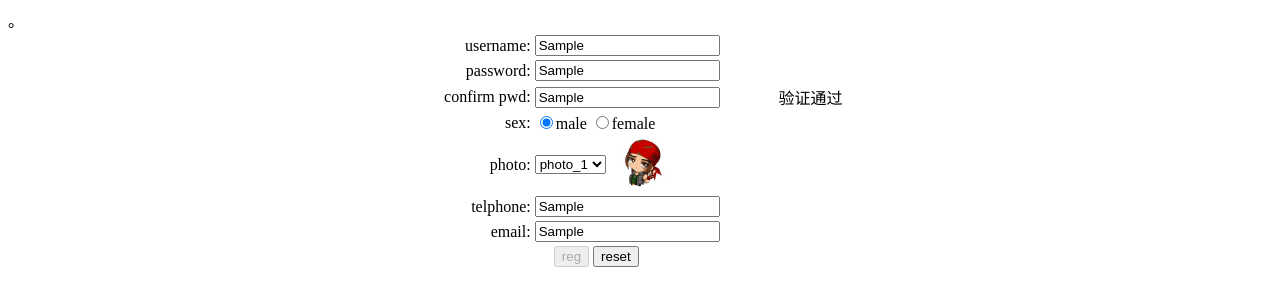
Repository: GetHubByYc/MyEclipse
Page: http://localhost/CheckLogin/reg.jsp
The author's editor kept a copy of each file at every save. The page is drawn from the files as they stood at one save, then again after a run of saves.
The browser window is 1280 px wide. The pictures show the whole page.
Empty fields were first filled with sample values (such as "Sample", 5 or name@example.com).
After loading, the first visible `#repwd` was changed once.
The page is served by Tomcat 9. Nobody is signed in. The application's start-up code is not run. Other server files are loaded and not shown.

Above is the page before, as saved 2015-11-14 03:12:23.

### CheckLogin/WebRoot/reg.jsp
 。<%@ page language="java" import="java.util.*" pageEncoding="utf-8"%>

<!DOCTYPE HTML PUBLIC "-//W3C//DTD HTML 4.01 Transitional//EN">
<html>
  <head>
    <title>My JSP 'reg.jsp' starting page</title>

	<meta http-equiv="pragma" content="no-cache">
	<meta http-equiv="cache-control" content="no-cache">
	<meta http-equiv="expires" content="0">
	<meta http-equiv="keywords" content="keyword1,keyword2,keyword3">
	<meta http-equiv="description" content="This is my page">
	<!--
	<link rel="stylesheet" type="text/css" href="styles.css">
	-->
 <script type="text/javascript">
	function change(){
		var op1 = document.getElementById("photo_img");
		var photo = document.getElementById("photo");
		var index=photo.selectedIndex ;
		op1.setAttribute("src", photo.options[index].value);
	}
	function checkpwd(){
		var pwd = document.getElementById("pwd");
		var repwd = document.getElementById("repwd");
		var cp = document.getElementById("checkPwd");
		var sb = document.getElementById("sb");
		if(pwd.value != repwd.value){
			cp.innerHTML="<font color='red'>两次的密码不一样</font>";
			sb.setAttribute('disabled', disabled)

		}else{
			cp.innerHTML="验证通过";
			sb.setAttribute('disabled', null)
		}
	}
</script>
  </head>

  <body>
  <form action="servlet/RegServlet" method="post" onSubmit="return reg(this);">
    <table align="center" width="450" border="0">
    	<tr>
    		<td align="right">username:</td>
    		<td><input type="text" name="username" ></td>
    	</tr>
    	<tr>
    		<td align="right" onkeyup="checkpwd()">password:</td>
    		<td><input type="text" name="pwd" id="pwd"></td>
    	</tr>
    	<tr>
    		<td align="right">confirm pwd:</td>
    		<td><input type="text" name="repwd" onkeyup="checkpwd()" id="repwd">

    		</td>
    		<td id="checkPwd"></td>
    	</tr>
    	<tr>
    		<td align="right">sex:</td>
    		<td>
    			<input type="radio" name="sex" value="male" checked="checked">male
    			<input type="radio" name="sex" value="fmale">female
    		</td>

    	</tr>
    	<tr>
    		<td align="right">photo:</td>
    		<td>
    			<select name="photo" id="photo" onchange="change();" style="position:relative;top:-18px">
    				<option value="images/avatar_Dante_small1.jpg" selected="selected">photo_1</option>
    				<option value="images/avatar_Go_small1.jpg">photo_2</option>
    			</select>
    			<img id="photo_img" style="width:50px;height:50px;position:relative;left:10px" src="images/avatar_Dante_small1.jpg"/>

    		</td>
    	</tr>
    	<tr>
    		<td align="right">telphone:</td>
    		<td><input type="text" name="tel" ></td>
    	</tr>
    	<tr>
    		<td align="right">email:</td>
    		<td><input type="text" name="email" ></td>
    	</tr>
    	<tr>
    		<td colspan="2" align="center">
    			<input id="sb" type="submit" value="reg">
    			<input type="reset" value="reset">
    		</td>
    	</tr>
    </table>
    </form>
  </body>
</html>

After the next 3 saves:
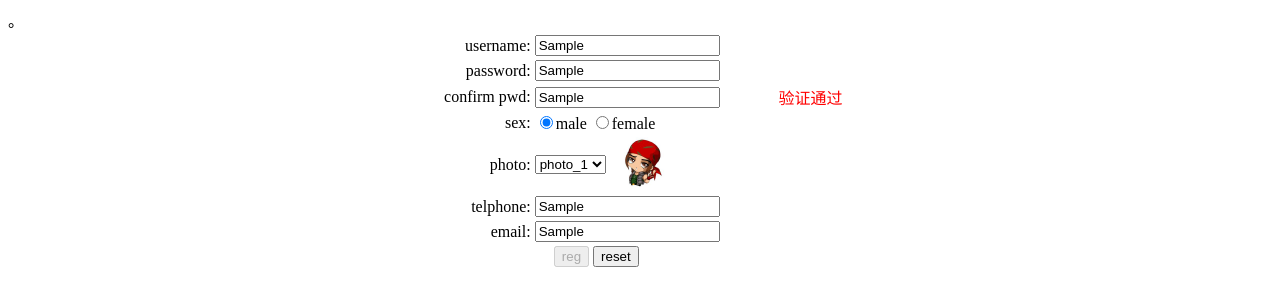
The 3 saves are shown as one change because they came seconds apart.
The last was saved 14 s later.
--- a/CheckLogin/WebRoot/reg.jsp
+++ b/CheckLogin/WebRoot/reg.jsp
@@ -30,7 +30,7 @@
 			sb.setAttribute('disabled', disabled)
 
 		}else{
-			cp.innerHTML="验证通过";
+			cp.innerHTML="<font color='red'>验证通过</font>";
 			sb.setAttribute('disabled', null)
 		}
 	}
